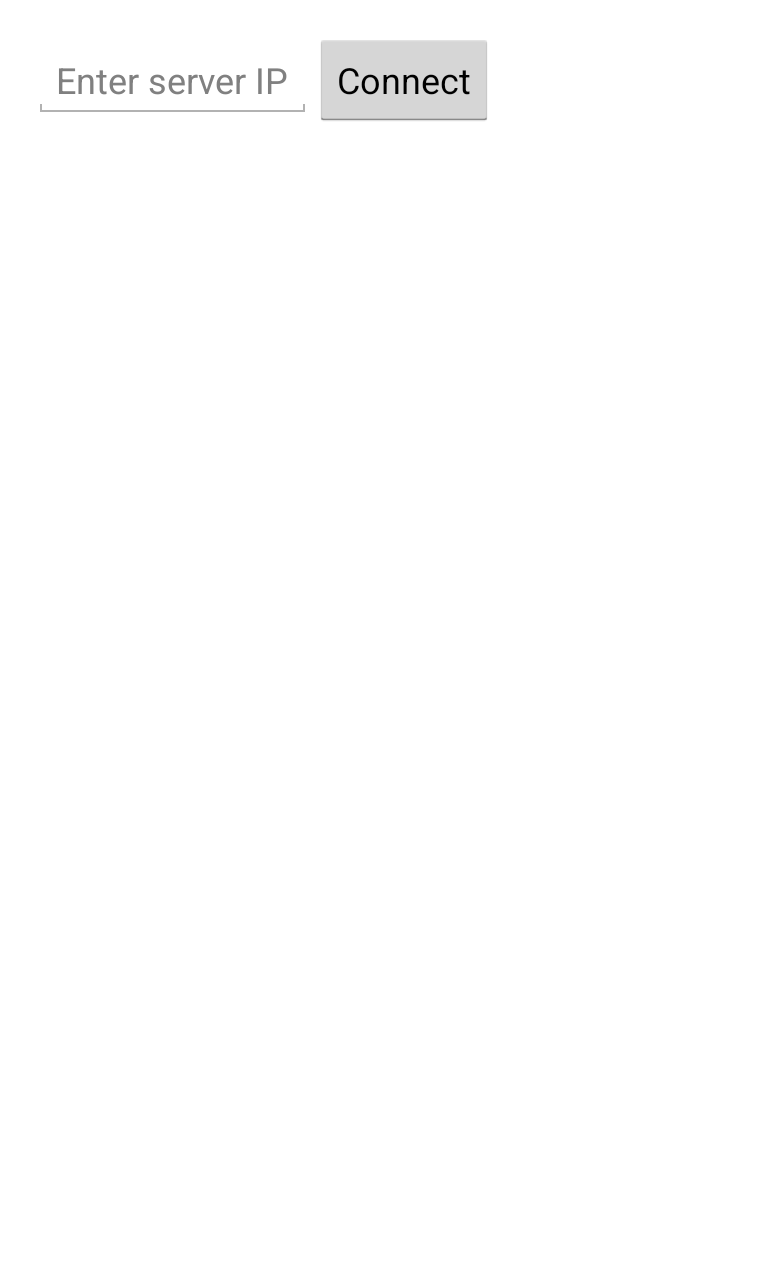
Repository: djkazic/hash-crack
Layout: mobileJNetClient/res/layout/activity_main.xml
An editor plug-in stored every save of this project. The layout is shown before and after the next save, followed by the edit.
It is drawn on a 768 x 1280 px phone screen (xhdpi) without system bars, with theme AppTheme; the app's code is not run.

Above is the layout before, as saved 2013-09-11 00:55:38.

### mobileJNetClient/res/layout/activity_main.xml
<LinearLayout xmlns:android="http://schemas.android.com/apk/res/android"
    xmlns:tools="http://schemas.android.com/tools"
    android:layout_width="match_parent"
    android:layout_height="match_parent"
    android:paddingBottom="@dimen/activity_vertical_margin"
    android:paddingLeft="@dimen/activity_horizontal_margin"
    android:paddingRight="@dimen/activity_horizontal_margin"
    android:paddingTop="@dimen/activity_vertical_margin"
    tools:context=".MainActivity"
	android:orientation="horizontal" >

    <EditText android:id="@+id/edit_message"
        android:layout_width="wrap_content"
        android:layout_height="wrap_content"
        android:hint="@string/edit_message" />

    <Button
        android:layout_width="wrap_content"
        android:layout_height="wrap_content"
        android:text="@string/button_connect" />
</LinearLayout>

### mobileJNetClient/res/values/strings.xml
<?xml version="1.0" encoding="utf-8"?>
<resources>

    <string name="app_name">JNet Client</string>
    <string name="action_settings">Settings</string>
    <string name="edit_message">Enter server IP</string>
    <string name="button_connect">Connect</string>


</resources>

Loaded but not shown: mobileJNetClient/res/values/styles.xml (common file); mobileJNetClient/res/values-v11/styles.xml (common file); mobileJNetClient/res/values-v14/styles.xml (common file); mobileJNetClient/res/values/dimens.xml (common file)

After the next save:
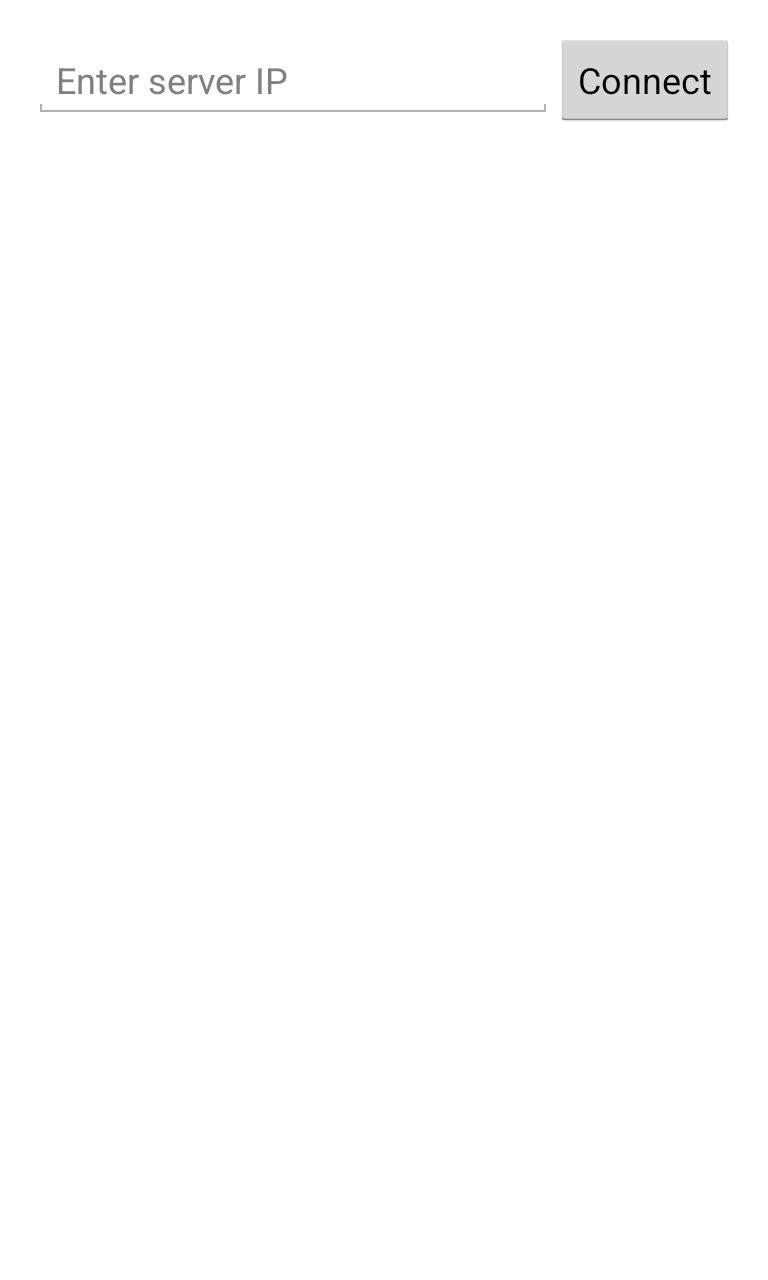
Saved 3 min 30 s later.
--- a/mobileJNetClient/res/layout/activity_main.xml
+++ b/mobileJNetClient/res/layout/activity_main.xml
@@ -10,6 +10,7 @@
 	android:orientation="horizontal" >
 
     <EditText android:id="@+id/edit_message"
+        android:layout_weight="1"
         android:layout_width="wrap_content"
         android:layout_height="wrap_content"
         android:hint="@string/edit_message" />
